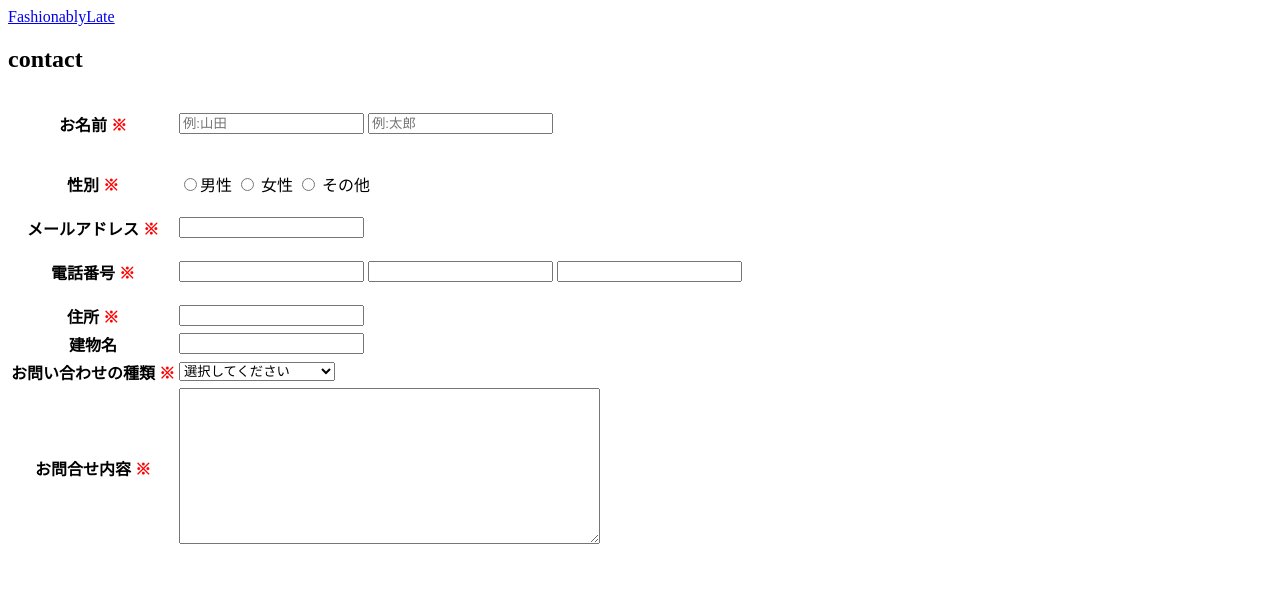
Repository: tokisiro/test-form
Page: http://localhost/
The author's editor kept a copy of each file at every save. The page is drawn from the files as they stood at one save, then again after a run of saves.
The browser window is 1280 px wide. The pictures show the whole page.
The page is served by the project's Laravel application, run on PHP 8.4 with Laravel 8. A made-up administrator, Test User (test@example.com), is signed in. Other server files are loaded and not shown.

Above is the page before, as saved 2025-05-04 10:34:56.

### src/routes/web.php
<?php

use Laravel\Fortify\Fortify;
use Illuminate\Support\Facades\Route;
use App\Http\Controllers\ContactController;
use App\Http\Controllers\UsersController;


/*
|--------------------------------------------------------------------------
| Web Routes
|--------------------------------------------------------------------------
|
| Here is where you can register web routes for your application. These
| routes are loaded by the RouteServiceProvider within a group which
| contains the "web" middleware group. Now create something great!
|
*/


Route::get('/',[ContactController::class, 'index']);
Route::post('/confirm',[ContactController::class, 'confirm']);
Route::post('/create',[ContactController::class, 'create']);

Route::get('/register',[UsersController::class, 'register'])->name('register');
Route::post('/register',[UsersController::class, 'create']);

### src/app/Models/User.php
<?php

namespace App\Models;

use Illuminate\Contracts\Auth\MustVerifyEmail;
use Illuminate\Database\Eloquent\Factories\HasFactory;
use Illuminate\Foundation\Auth\User as Authenticatable;
use Illuminate\Notifications\Notifiable;
use Laravel\Sanctum\HasApiTokens;

class User extends Authenticatable
{
    use HasApiTokens, HasFactory, Notifiable;
    protected $table = 'users';

    /**
     * The attributes that are mass assignable.
     *
     * @var array<int, string>
     */
    protected $fillable = [
        'name',
        'email',
        'password',
        'remember_token',
    ];

    /**
     * The attributes that should be hidden for serialization.
     *
     * @var array<int, string>
     */
    protected $hidden = [
        'password',
        'remember_token',
    ];

    /**
     * The attributes that should be cast.
     *
     * @var array<string, string>
     */
    protected $casts = [
        'email_verified_at' => 'datetime',
    ];

    public function contacts()
{
    return $this->hasMany(Contact::class);
}
}

### src/app/Http/Controllers/ContactController.php
<?php

namespace App\Http\Controllers;

use App\Models\Category;
use App\Models\Contact;
use App\Models\User;
use Illuminate\Http\Request;
use App\Http\Requests\IndexContactRequest;


//お問合せ送信用
class ContactController extends Controller
{
    public function index(){
        return view('index');
    }
    public function confirm(IndexContactRequest $request){
        $data = $request->validated();

        $tel1 = $request->input('tel1');
        $tel2 = $request->input('tel2');
        $tel3 = $request->input('tel3');
        $data['tel'] = "{$tel1}-{$tel2}-{$tel3}";

        $genderMap = [
        '1' => '男性',
        '2' => '女性',
        '3' => 'その他',
    ];
    $genderId = $request->input('gender');
    $data['gender_text'] = $genderMap[$genderId] ?? '未選択';

        $categoryMap = [
        '1' => '商品のお届けについて',
        '2' => '商品の交換について',
        '3' => '商品トラブル',
        '4' => 'ショップへのお問合せ',
        '5' => 'その他',
    ];
        $categoryId = $request->input('category_id');
        $data['category_name'] = $categoryMap[$categoryId] ?? '未設定';

        return view('confirm',compact('data'));
    }
    public function thanks(){
        return view('thanks');
    }
}

### src/resources/views/index.blade.php
<!DOCTYPE html>
<html lang="ja">
<head>
    <meta charset="UTF-8">
    <meta http-equiv="X-UA-Compatible" content="IE=edge">
    <meta name="viewport" content="width=device-width, initial-scale=1.0">
    <title>FashionablyLate</title>
</head>
<body>
    <!--お問合せフォーム入力ページ-->
    <header class="header">
        <div class="header__inner">
            <a class="header__logo" href="/php02/index.php">
                FashionablyLate
            </a>
        </div>
    </header>
    <main>
            <div class="register-form__content">
                <div class="contact-form__content-title">
                    <h2>contact</h2>
                    <div class="contact-form__content-item">
                        <form action="/confirm" method="post">
                            @csrf
                            <table>
                                    <tr>
                                        <th>
                                            <p>
                                                お名前
                                                <span style="color: red;">※</span>
                                            </p>
                                        </th>
                                        <td>
                                            <input type="text" name="Last_name" placeholder="例:山田">
                                            <input type="text" name="First_name" placeholder="例:太郎">
                                        </td>
                                    </tr>
                                    <tr>
                                        <th>
                                            <p>
                                                性別
                                                <span style="color: red;">※</span>
                                            </p>
                                        </th>

                                            <td>
                                                <span>
                                                    <input type="radio" name="gender">男性
                                                </span>
                                                <span>
                                                    <input type="radio" name="gender">
                                                    女性
                                                </span>
                                                <span>
                                                    <input type="radio" name="gender">
                                                        その他
                                                </span>
                                            </td>
                                        </div>
                                    </tr>
                                </div>
                            </div>
                                <tr>
                                    <th>
                                        メールアドレス
                                        <span style="color: red;">※</span>
                                    </th>
                                    <td>
                                        <input type="email" name="email">
                                    </td>
                                </tr>
                                <tr>
                                    <th>
                                        <p>
                                            電話番号
                                            <span style="color: red;">※</span>
                                        </p>
                                    </th>
                                    <td>
                                        <input type="tel" name="tel1">
                                        <input type="tel" name="tel2">
                                        <input type="tel" name="tel3">
                                    </td>
                                </tr>
                                <tr>
                                    <th>
                                        住所
                                        <span style="color: red;">※</span>
                                    </th>
                                    <td>
                                        <input type="address" name="address">
                                    </td>
                                </tr>
                                <tr>
                                    <th>
                                        建物名
                                    </th>
                                    <td>
                                        <input type="tel" name="building">
                                    </td>
                                </tr>
                                <tr>
                                    <th>
                                        お問い合わせの種類
                                        <span style="color: red;">※</span>
                                    </th>
                                    <td>
                                        <select name="category_id">
                                            <option value="">選択してください</option>
                                            <option name="1" value="">商品のお届けについて</option>
                                            <option name="2" value="">商品の交換について</option>
                                            <option name="3" value="">商品トラブル</option>
                                            <option name="4" value="">ショップへのお問合せ</option>
                                            <option name="5" value="">その他</option>
                                        </select>
                                    </td>
                                </tr>
                                <tr>
                                    <th>
                                        お問合せ内容
                                        <span style="color: red;">※</span>
                                    </th>
                                    <td>
                                        <textarea name="detail" cols="50" rows="10"></textarea>
                                    </td>
                                </tr>
                            </div>
                        </table>
                    </form>
                </div>
            </div>
        </div>
    </main>
</body>
</html>

Loaded but not shown: src/app/Http/Controllers/Controller.php (common file)

After the next 2 saves:
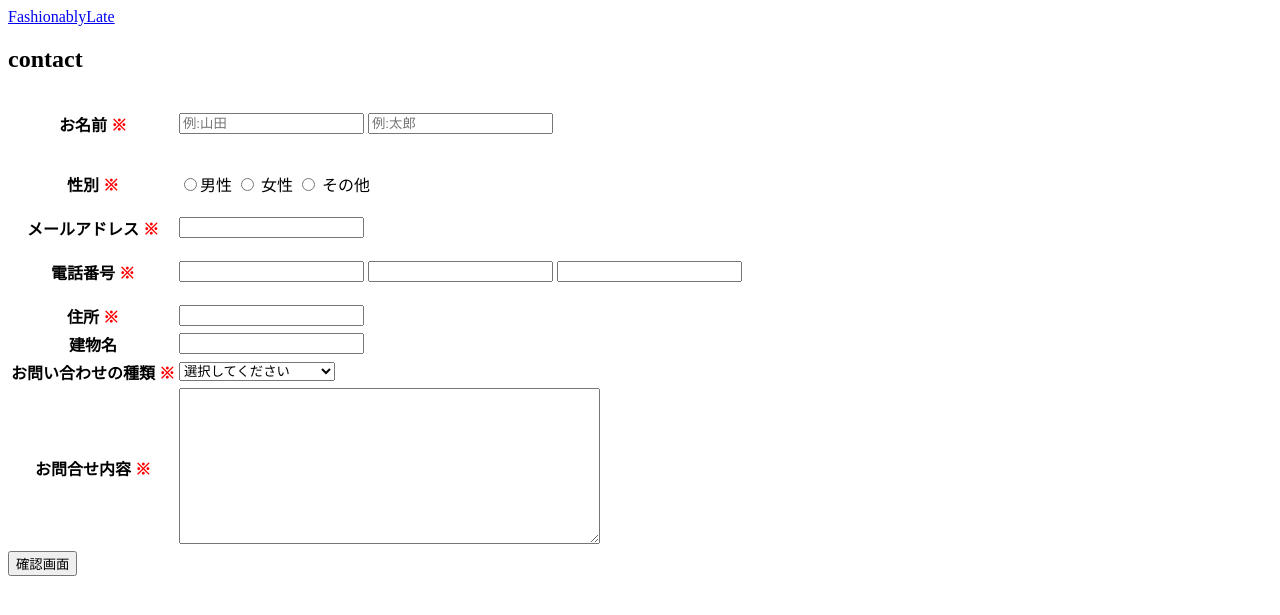
The 2 saves are shown as one change because they came seconds apart.
The last was saved 7 s later.
--- a/src/resources/views/index.blade.php
+++ b/src/resources/views/index.blade.php
@@ -126,6 +126,10 @@
                                 </tr>
                             </div>
                         </table>
+                        <div class="register-form__button">
+                                <button class="register-form__button-submit" type="submit">
+                                確認画面
+                                </button>
                     </form>
                 </div>
             </div>
